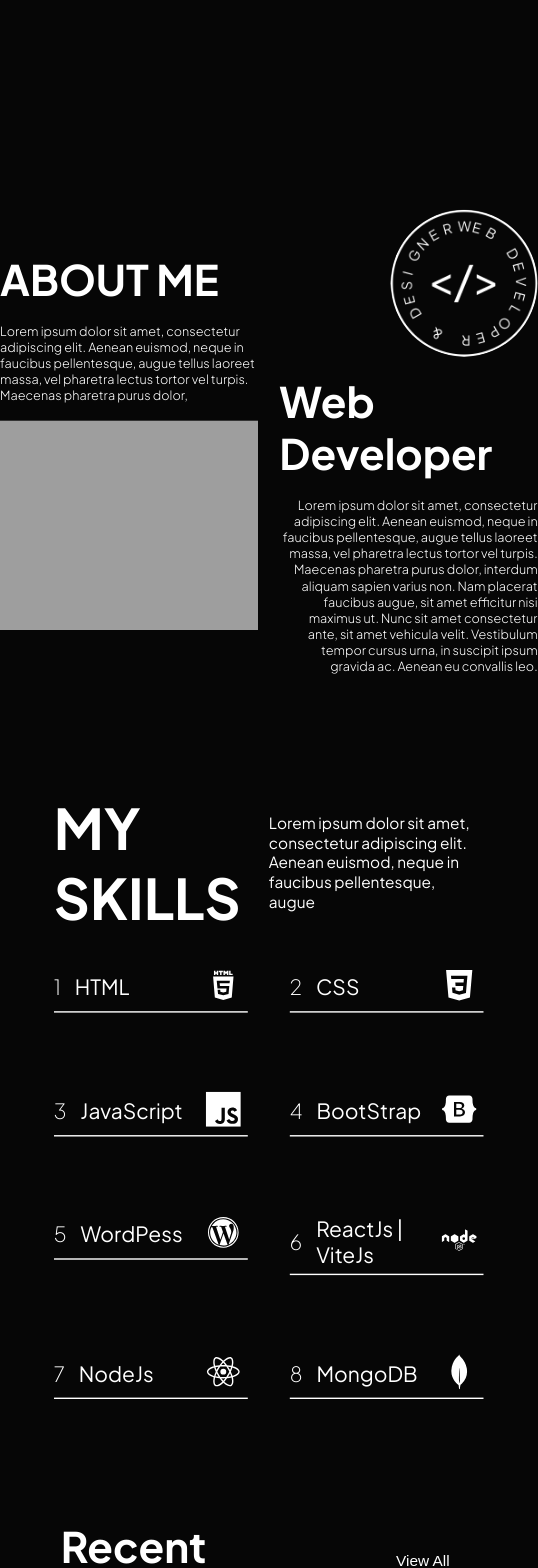
Repository: AliHassan02-Dev/PORTFOLIO
Page: / (app in Front-end/)
These files come from the project's save history. The page is drawn as it stood at one moment and after the next save; the edit follows.
The browser window is 768 px wide. The pictures show the part of the page from y = 962 to 3202 px (the page is 4093 px tall before and 4042 px after), at 70% of full size.
Pictures or frames that could not be fetched are drawn as grey boxes. The project was rebuilt for these pictures with package versions that can differ from the ones it lists, and the page was loaded fresh each time. Also part of the build but not shown: Front-end/vite.config.js, Front-end/src/Pages/Projects.jsx, Front-end/src/Pages/AllProjects.jsx, Front-end/src/Components/ProjectPreview.jsx.

Above is the page before, as saved 2024-08-24 07:27:14.

### Front-end/src/main.jsx
import React from 'react'
import ReactDOM from 'react-dom/client'
import App from './App.jsx'
import './App.css'
import { BrowserRouter, Route, Routes } from 'react-router-dom'
import AllProjects from './Pages/AllProjects.jsx'
import ProjectPreview from './Components/ProjectPreview.jsx'

ReactDOM.createRoot(document.getElementById('root')).render(
  <>
    <BrowserRouter>
      <Routes>
        <Route path='/' element={<App />} />
        <Route path='/Projects' element={<AllProjects />} />
        <Route path='/projects/projectPreview' element={<ProjectPreview />} />
      </Routes>
    </BrowserRouter>
  </>
)

### Front-end/src/App.jsx
import React, { useRef, useState } from "react";

import gsap from "gsap";
import { ScrollTrigger } from "gsap/ScrollTrigger";
import Home from "./Pages/Home";
import About from "./Pages/About";
import Skills from "./Pages/Skills";
import Projects from "./Pages/Projects";
import Footer from "./Components/Footer";
import Navbar from "./Components/Navbar";
import { Link } from "react-router-dom";
import ProjectsBox from "./Components/ProjectsBox";
gsap.registerPlugin(ScrollTrigger);

const App = () => {
  const [clickedOnOpen, setClickedOnOpen] = useState(false);
  console.log(clickedOnOpen);

  const tlMenu = gsap.timeline();
  if (clickedOnOpen === true) {
    tlMenu.to(".menu", {
      transform: "translateY(0%)",
      opacity: 1,
      duration: 1,
      ease: "bounce.out",
    });
  }
  if (clickedOnOpen === false) {
    tlMenu.to(".menu", {
      transform: "translateY(-100%)",
      opacity: 0,
      duration: 1,
      ease: "bounce.out",
    });
  }

  return (
    <div className="mainWrapper">
      <div className="menu">
        <div className="links">
          <a href="">Home</a>
          <a href="">About</a>
          <a href="">Skills</a>
          <a href="">Projects</a>
          <a href="" id="cv">
            Download CV
          </a>
        </div>
      </div>

      <Navbar
        clickedOnOpen={clickedOnOpen}
        setClickedOnOpen={setClickedOnOpen}
      />

      {/* HOME SECTION */}
      <Home />

      {/* ABOUT SECTION */}
      <About />

      {/* SKILLS SECTION */}
      <Skills />

      {/* PROJECTS SECTION */}
      <div className="projectsContainer">
        <div className="topBar">
          <div className="left">
            <h2>Recent Projects</h2>
          </div>
          <div className="right">
            <button>
              <Link to={"/projects"}>View All Projects</Link>
            </button>
          </div>
        </div>

        {<ProjectsBox />}
      </div>

      {/* FOOTER SECTION */}
      <Footer />
    </div>
  );
};

export default App;

### Front-end/src/App.css
@import url("https://fonts.googleapis.com/css2?family=Plus+Jakarta+Sans:ital,wght@0,200..800;1,200..800&display=swap");
* {
  margin: 0;
  padding: 0;
  box-sizing: border-box;
}

body {
  width: 100%;
  height: 100%;
  background-color: #060606;
  color: white;
  font-family: "Plus Jakarta Sans", sans-serif;
}

.mainWrapper {
  width: 100%;
  height: 100%;
  position: relative;
  overflow: hidden;
}

/* HOME CONTAINER CSS */
.homeContainer {
  width: 100vw;
  height: 1000px;
  display: flex;
  flex-direction: column;
}

/* NAVBAR CSS */
/* MENU CSS */
.menu {
  width: 100%;
  height: 1000px;
  position: fixed;
  background-color: #060606;
  transform: translateY(-100%);
  z-index: 20;
  display: flex;
  justify-content: center;
  align-items: center;
  opacity: 0;
}

.menu .links {
  width: 100%;
  display: flex;
  justify-content: center;
  align-items: center;
  flex-direction: column;
  height: 100%;
  gap: 40px;
}

.menu .links a {
  color: white;
  font-size: 40px;
  font-weight: 400;
  text-decoration: none;
  position: relative;
  padding-bottom: 10px;
}
.menu .links a::before {
  content: "";
  position: absolute;
  width: 0%;
  height: 2px;
  background-color: white;
  bottom: 0;
  left: 50%;
  transform: translateX(-50%);
  transition: all 0.3s ease-out;
}
.menu .links a:hover::before {
  width: 100%;
}

.navBar {
  margin: 30px auto;
  width: 80%;
  display: flex;
  justify-content: space-between;
  align-items: center;
  padding: 0px 20px;
  position: relative;
  /* left: 50%;
  transform: translateX(-50%); */
  z-index: 25;
}

.navBar a {
  text-decoration: none;
  font-size: 25px;
  font-weight: 600;
  color: white;
}

.navBar .menuBtn,
.navBar .menuBtn-active {
  width: 30px;
  height: 30px;
  display: flex;
  justify-content: center;
  align-items: flex-end;
  flex-direction: column;
  overflow: hidden;
  cursor: pointer;
  transition: all 0.3s ease-in-out;
  opacity: 1 !important;
}
.navBar .menuBtn span,
.navBar .menuBtn-active span {
  width: 100%;
  height: 3px;
  background-color: white;
  border-radius: 20px;
  cursor: pointer;
  transition: all 0.3s ease-in-out;
  opacity: 1 !important;
}
.navBar .menuBtn #line1 {
  transform: translateY(-8px);
}
.navBar .menuBtn #line2 {
  width: 70%;
}
.navBar .menuBtn #line3 {
  width: 40%;
  transform: translateY(8px);
}
/* ACTIVE CLASSES */
.navBar .menuBtn-active {
  width: 30px;
  height: 30px;
  transition: all 0.3s ease-in-out;
}

.navBar .menuBtn-active #line1 {
  transform: translateY(5px) rotate(45deg) !important;
}
.navBar .menuBtn-active #line2 {
  width: 70%;
  transform: translateX(150%) !important;
}
.navBar .menuBtn-active #line3 {
  width: 100%;
  transform: translateY(-1px) rotate(-45deg) !important;
}

/* HERO SECTION CSS */
.homeContainer .heroContainer {
  width: 100%;
  height: 100%;
  display: flex;
  flex-direction: column;
  justify-content: center;
  align-items: center;
  position: relative;
}

.homeContainer .heroContainer h2 {
  font-size: 180px;
  font-weight: bold;
  position: absolute;
  text-wrap: nowrap;
}
.homeContainer .heroContainer .nonStroke {
  z-index: 5;
}
.homeContainer .heroContainer .strokeText1,
.homeContainer .heroContainer .strokeText2 {
  -webkit-text-stroke: 2px #fff;
  -webkit-text-fill-color: #060606;
  opacity: 0;
}
.homeContainer .heroContainer .strokeText1 {
  transform: translateY(0%);
}
.homeContainer .heroContainer .strokeText2 {
  transform: translateY(0%);
}

/* HERO SECTION RESPONSIVE CSS */

@media (max-width: 1200px) {
  .homeContainer .heroContainer h2 {
    font-size: 110px;
  }
}

@media (max-width: 967px) {
  .homeContainer .heroContainer h2 {
    font-size: 80px;
  }
}

@media (max-width: 767px) {
  .homeContainer .heroContainer h2 {
    font-size: 70px;
  }
}

@media (max-width: 567px) {
  .homeContainer .heroContainer h2 {
    font-size: 50px;
  }
}

/* HERO SECTION END */

/* ABOUT SECTION CSS */
.mainWrapper .aboutContainer {
  width: 80%;
  height: 1000px;
  display: flex;
  justify-content: center;
  align-items: center;
  margin: auto;
  gap: 30px;
}

.mainWrapper .aboutContainer .left,
.mainWrapper .aboutContainer .right {
  flex: 1;
  display: flex;
  flex-direction: column;
  gap: 25px;
  overflow: hidden;
}

.mainWrapper .aboutContainer .left h2 {
  color: white;
  font-size: 80px;
  font-weight: bold;
}

.mainWrapper .aboutContainer .left p {
  color: white;
  font-size: 22px;
  font-weight: 300;
}

.mainWrapper .aboutContainer .left .imageBox {
  width: 100%;
  height: 350px;
  background-image: url(./assets/2.jpg);
  background-position: center;
  background-repeat: no-repeat;
  background-size: cover;
  transform-origin: top;
}

.mainWrapper .aboutContainer .right {
  align-items: flex-end;
}

.mainWrapper .aboutContainer .right .circleImg {
  width: 300px;
  height: 300px;
  border-radius: 100%;
  background-image: url(./assets/circleText.png);
  background-position: center;
  background-repeat: no-repeat;
  background-size: cover;
}

.mainWrapper .aboutContainer .right h2 {
  color: white;
  font-size: 80px;
  font-weight: bold;
}

.mainWrapper .aboutContainer .right p {
  color: white;
  font-size: 22px;
  font-weight: 300;
  text-align: right;
}

/* ABOUT SECTION RESPONSIVE */

@media (max-width: 1200px) {
  .mainWrapper .aboutContainer {
    width: 90%;
    height: auto;
    margin: 100px auto;
  }

  .mainWrapper .aboutContainer .left h2 {
    font-size: 60px;
  }

  .mainWrapper .aboutContainer .left p {
    font-size: 18px;
  }

  .mainWrapper .aboutContainer .left .imageBox {
    height: 300px;
  }

  .mainWrapper .aboutContainer .right .circleImg {
    width: 210px;
    height: 210px;
  }

  .mainWrapper .aboutContainer .right h2 {
    font-size: 60px;
  }

  .mainWrapper .aboutContainer .right p {
    font-size: 18px;
  }
}

@media (max-width: 768px) {
  .mainWrapper .aboutContainer {
    width: 100%;
    height: 1000px;
    display: flex;
    justify-content: center;
    align-items: center;
    margin: auto;
    gap: 30px;
  }
}

/* ABOUT SECTION CSS END */

/* SKILLS SECTION CSS */
.mainWrapper .skillsContainer {
  width: 80%;
  height: 1000px;
  display: flex;
  justify-content: center;
  flex-direction: column;
  margin: auto;
  gap: 30px;
  overflow: hidden;
}

.mainWrapper .skillsContainer .top {
  width: 100%;
  display: flex;
  justify-content: space-between;
  align-items: center;
}

.mainWrapper .skillsContainer .top .left,
.mainWrapper .skillsContainer .top .right {
  flex: 1;
}

.mainWrapper .skillsContainer .top .left h2 {
  font-size: 80px;
  font-weight: bold;
  color: white;
}
.mainWrapper .skillsContainer .top .right p {
  font-size: 22px;
}

.mainWrapper .skillsContainer .bottom {
  width: 100%;
  display: flex;
  justify-content: space-between;
  align-items: flex-start;
  margin: 20px 0px;
}

.mainWrapper .skillsContainer .bottom {
  width: 100%;
  height: 100%;
  display: grid;
  grid-template-columns: 1fr 1fr;
  grid-template-rows: auto auto auto auto;
  gap: 0px 60px;
}
.mainWrapper .skillsContainer .bottom .skillBar {
  width: 100%;
  display: flex;
  justify-content: space-between;
  align-items: center;
  padding-bottom: 10px;
  position: relative;
  cursor: pointer;
}
.mainWrapper .skillsContainer .bottom .skillBar .left {
  display: flex;
  align-items: center;
  gap: 20px;
}

.mainWrapper .skillsContainer .bottom .skillBar .left p {
  color: white;
  font-size: 30px;
  font-weight: 200;
}
.mainWrapper .skillsContainer .bottom .skillBar .left h2 {
  color: white;
  font-size: 30px;
  font-weight: 400;
}

.mainWrapper .skillsContainer .bottom .skillBar .right .skillLogo {
  font-size: 50px;
  color: white;
  margin-right: 10px;
}

/* PROJECTS SECTION CSS */
.mainWrapper .projectContainer {
  width: 80%;
  height: 1000px;
  display: flex;
  justify-content: center;
  flex-direction: column;
  margin: auto;
  gap: 30px;
}

.mainWrapper .projectContainer .top {
  width: 100%;
  display: flex;
  justify-content: space-between;
  align-items: center;
}

.mainWrapper .projectContainer .top .left,
.mainWrapper .projectContainer .top .right {
  flex: 1;
}

.mainWrapper .projectContainer .top .left h2 {
  font-size: 80px;
  font-weight: bold;
  color: white;
}
.mainWrapper .projectContainer .top .right p {
  font-size: 22px;
}

.mainWrapper .projectContainer .bottom {
  width: 100%;
  display: flex;
  margin-top: 50px;
}

.mainWrapper .projectContainer .bottom {
  display: flex;
  flex-direction: column;
  overflow: hidden;
  gap: 100px;
}

.mainWrapper .projectContainer .bottom .projectBar {
  display: flex;
  justify-content: space-between;
  align-items: center;
  padding-bottom: 5px;
  position: relative;
  cursor: pointer;
  cursor: pointer;
}
.line {
  width: 100%;
  height: 2px;
  background-color: white;
  position: absolute;
  bottom: 0;
  left: 0;
}
.projectLine {
  width: 100%;
  height: 2px;
  background-color: white;
  position: absolute;
  bottom: 0;
  left: 0;
}
.mainWrapper .projectContainer .bottom .projectBar .left {
  display: flex;
  align-items: center;
  gap: 20px;
}

.mainWrapper .projectContainer .bottom .projectBar .left p {
  color: white;
  font-size: 30px;
  font-weight: 200;
}
.mainWrapper .projectContainer .bottom .projectBar .left h2 {
  color: white;
  font-size: 30px;
  font-weight: 400;
}

.mainWrapper .projectContainer .bottom .projectBar .right .arrow {
  font-size: 30px;
  color: white;
  margin-right: 10px;
  transform: rotate(-40deg);
}

/* HORIZONTAL SCROLING CSS */

.aboutSection,
.skillsSection,
.projectSection {
  width: 100vw;
  height: 1000px;
}

.aboutSection {
  background-color: burlywood;
}

.skillsSection {
  background-color: peru;
}

.projectSection {
  background-color: palegoldenrod;
}

.horizontalScrolling {
  display: flex;
  flex-wrap: nowrap;
}

/* .containers {
  position: absolute;
  top: 0 !important;
  left: 50% !important;
  transform: translateX(100%) !important;
} */

/* RIBBONS SECTION CSS */
.mainWrapper .ribbonContainer {
  width: 100%;
  display: flex;
  align-items: center;
  margin: 50px 0px;
}

.mainWrapper .ribbonContainer p {
  color: white;
  font-size: 80px;
  font-weight: bold;
  text-wrap: nowrap;
}
.mainWrapper .ribbonContainer span {
  -webkit-text-stroke: 1px #fff;
  -webkit-text-fill-color: #060606;
}

/* FOOTER SECTION CSS */
.footer {
  width: 100%;
  display: flex;
  justify-content: space-between;
  align-items: center;
  width: 80%;
  margin: 40px auto;
}

.footer .left {
  display: flex;
  flex-direction: column;
  gap: 20px;
}

.footer .left .socialLinks {
  display: flex;
  align-items: center;
  gap: 20px;
}
.footer .left .socialLinks a {
  font-size: 20px;
  font-weight: 400;
  color: white;
  text-decoration: none;
}
.footer .left p {
  color: white;
  font-size: 18px;
  font-weight: 200;
}

.footer .right h2 {
  font-size: 40px;
  font-weight: 600;
  color: white;
  cursor: pointer;
}

/* ALL PROJECTS PAGE CSS */
.projectsContainer {
  width: 80%;
  height: 100%;
  margin: auto;
  padding: 40px 10px;
}

.projectsContainer .topBar {
  width: 100%;
  display: flex;
  justify-content: space-between;
  align-items: center;
}

.projectsContainer .topBar .left h2 {
  font-size: 60px;
  font-weight: bold;
  color: white;
}

.projectsContainer .topBar .right button {
  background: none;
  border: none;
  outline: none;
  position: relative;
  overflow: hidden;
}

.projectsContainer .topBar .right button a {
  color: white;
  font-size: 22px;
  font-weight: 400;
  text-decoration: none;
  position: relative;
  display: block;
  padding-bottom: 5px;
  transition: 0.3s transform linear;
}
.projectsContainer .topBar .right button a::before {
  content: "";
  position: absolute;
  width: 100%;
  height: 2px;
  background-color: white;
  bottom: 0%;
  transform: translateX(200%);
  display: block;
  transition: 0.3s transform linear;
}
.projectsContainer .topBar .right button:hover a::before {
  transform: translateX(0%);
  transition: 0.3s transform linear;
}

.projectsContainer .hdg {
  font-size: 60px;
  font-weight: bold;
  color: white;
}

.projectsContainer .projectsWrapper {
  width: 100%;
  height: 100%;
  display: grid;
  grid-template-columns: 1fr 1fr 1fr;
  gap: 25px;
  margin: 50px 0px;
}

.projectsContainer .projectsWrapper .projectBox {
  width: 100%;
  max-width: 520px;
  height: 520px;
  margin-bottom: 20px;
}

.projectsContainer .projectsWrapper .projectBox .thumbnail {
  width: 100%;
  height: 100%;
  position: relative;
  overflow: hidden;
}

.projectsContainer .projectsWrapper .projectBox .thumbnail img {
  width: 100%;
  height: 100%;
  object-fit: cover;
  border-radius: 10px;
}

.projectsContainer .projectsWrapper .projectBox .thumbnail .overlay {
  width: 100%;
  height: 100%;
  display: flex;
  justify-content: center;
  align-items: center;
  gap: 40px;
  background-color: rgba(0, 0, 0, 0.6);
  position: absolute;
  top: -100%;
  transition: all 0.3s ease-in-out;
  border-radius: 10px;
}
.projectsContainer .projectsWrapper .projectBox .thumbnail:hover .overlay {
  top: 0;
}

.projectsContainer .projectsWrapper .projectBox .thumbnail .overlay .iconBox {
  display: flex;
  justify-content: center;
  align-items: center;
  padding: 15px;
  border-radius: 100%;
  cursor: pointer;
  transition: all 0.3s ease-in-out;
}
.projectsContainer
  .projectsWrapper
  .projectBox
  .thumbnail
  .overlay
  .iconBox:hover {
  background-color: rgba(255, 255, 255, 0.25);
  backdrop-filter: blur(20px);
}

.projectsContainer .projectsWrapper .projectBox .thumbnail .overlay .linkIcon {
  font-size: 25px;
  color: white;
}

/* PROJECT DETAILS CSS */
.projectDetails {
  width: 80%;
  height: 100%;
  display: flex;
  justify-content: space-between;
  margin: 40px auto;
  gap: 40px;
}

.projectDetails .left {
  flex: 2;
}

.projectDetails .left img {
  width: 100%;
}

.projectDetails .right {
  flex: 1;
  display: flex;
  flex-direction: column;
  gap: 40px;
  margin: 20px 0px;
}

.projectDetails .right .projectContent {
  width: 100%;
  padding: 20px;
  display: flex;
  flex-direction: column;
  gap: 20px;
  border-bottom: 1px solid rgba(255, 255, 255, 0.45);
}

.projectDetails .right .projectContent h2 {
  color: white;
  font-size: 25px;
  font-weight: 600;
}

.projectDetails .right .projectContent p {
  color: white;
  font-size: 20px;
  font-weight: 400;
}

.projectDetails .right .projectTechnology {
  border-bottom: 1px solid rgba(255, 255, 255, 0.45);
  width: 100%;
  padding: 20px;
  display: flex;
  justify-content: center;
  flex-direction: column;
  gap: 20px;
}

.projectDetails .right .projectTechnology h2 {
  color: white;
  font-size: 24px;
  font-weight: 600;
}

.projectDetails .right .projectTechnology .icons {
  display: flex;
  align-items: center;
  gap: 40px;
  flex-wrap: wrap;
}

.projectDetails .right .projectTechnology .techName {
  color: white;
  font-size: 60px;
  cursor: pointer;
  padding: 8px;
  transition: 0.3s ease-in-out;
}

.techName {
  color: white;
  font-size: 40px;
  cursor: pointer;
  padding: 8px;
  transition: 0.3s ease-in-out;
}

/* SKILL LOGOS COLOR */
.projectDetails .right .projectTechnology .techName:hover.html {
  background-color: #f16529;
  padding: 8px;
  border-radius: 5px;
}
.projectDetails .right .projectTechnology .techName:hover.css {
  background-color: #264de4;
  padding: 8px;
  border-radius: 5px;
}
.projectDetails .right .projectTechnology .techName:hover.js {
  color: #f7e018 !important;
  padding: 8px;
}
.projectDetails .right .projectTechnology .techName:hover.react {
  background-color: #61dbfb;
  padding: 8px;
  border-radius: 5px;
}
.projectDetails .right .projectTechnology .techName:hover.wordpress {
  background-color: #21759b;
  padding: 8px;
  border-radius: 5px;
}
.projectDetails .right .projectTechnology .techName:hover.node,
.projectDetails .right .projectTechnology .techName:hover.mongodb {
  background-color: #539e43;
  padding: 8px;
  border-radius: 5px;
}
.projectDetails .right .projectTechnology .techName:hover.vite {
  background: linear-gradient(
    90deg,
    rgba(88, 194, 254, 1) 0%,
    rgba(175, 83, 255, 1) 100%
  );
  padding: 8px;
  border-radius: 5px;
}

.techName:hover.figma {
  background: linear-gradient(
    180deg,
    rgba(242, 78, 30, 1) 0%,
    rgba(255, 114, 98, 1) 25%,
    rgba(162, 89, 255, 1) 50%,
    rgba(26, 188, 254, 1) 75%,
    rgba(10, 207, 131, 1) 100%
  );
  padding: 8px;
  border-radius: 5px;
}
.techName:hover.website {
  background: gray;
  padding: 8px;
  border-radius: 5px;
}

.projectDetails .right .links {
  border-bottom: 1px solid rgba(255, 255, 255, 0.45);
  width: 100%;
  padding: 20px;
  display: flex;
  flex-direction: column;
  justify-content: center;
  gap: 20px;
}

.projectDetails .right .links h2 {
  color: white;
  font-size: 24px;
  font-weight: 600;
}

.projectDetails .right .links .icons {
  display: flex;
  align-items: center;
  flex-direction: row;
  gap: 20px;
}

.projectDetails .right .links .linkIcon {
  color: white;
  font-size: 50px;
  padding: 10px;
  border-radius: 100%;
  cursor: pointer;
  transition: 0.3s ease-in-out;
}
.projectDetails .right .links .linkIcon:hover {
  background-color: rgba(255, 255, 255, 0.25);
  backdrop-filter: blur(20px);
}

### Front-end/src/Pages/Home.jsx
import React from 'react'
import { useGSAP } from '@gsap/react';
import gsap from 'gsap';
import { ScrollTrigger } from 'gsap/ScrollTrigger';
import Navbar from '../Components/Navbar';
gsap.registerPlugin(ScrollTrigger);

const Home = () => {

    // useGSAP(() => {
    //     // HOME SECTION ANIMATIONS

    //     let tlHome = gsap.timeline({
    //         scrollTrigger: {
    //             trigger: '.homeContainer',
    //             scoller: 'body',
    //             markers: true,
    //             start: 'top 0%',
    //             end: 'top -100%',
    //             scrub: 1,
    //             pin: true,
    //         }
    //     })

    //     tlHome.from('.homeContainer .heroContainer .nonStroke', {
    //         opacity: 0,
    //         duration: 1,
    //     })
    //     tlHome.to('.homeContainer .heroContainer .strokeText1', {
    //         transform: 'translateY(-80%)',
    //         opacity: 1,
    //         duration: 1,
    //     })
    //     tlHome.to('.homeContainer .heroContainer .strokeText2', {
    //         transform: 'translateY(80%)',
    //         opacity: 1,
    //         duration: 1,
    //     })
    // })

    return (
        <div className='homeContainer'>
            {/* <Navbar /> */}
            <div className="heroContainer">
                <h2 className='strokeText1'>WEB DEVELOPER</h2>
                <h2 className='nonStroke'>ALI HASSAN</h2>
                <h2 className='strokeText2'>WEB DESIGNER</h2>
            </div>
        </div>
    )
}

export default Home

### Front-end/src/Components/Footer.jsx
import React from "react";

const Footer = () => {
  return (
    <div className="footer">
      <div className="left">
        <p>All Rights Reserved By AHS 2024</p>
      </div>
      <div className="right">
        <h2>LET'S TALK</h2>
      </div>
    </div>
  );
};

export default Footer;

### Front-end/src/Components/Navbar.jsx
import React, { useEffect, useState } from 'react'
import { useGSAP } from '@gsap/react';
import gsap from 'gsap';
import { ScrollTrigger } from 'gsap/ScrollTrigger';
gsap.registerPlugin(ScrollTrigger)

const Navbar = ({ setClickedOnOpen, clickedOnOpen }) => {

    const handleClick = () => {
        setClickedOnOpen(!clickedOnOpen)
    }
    // useGSAP(() => {
    //     gsap.from('.navBar a', {
    //         transform: 'translateY(-10px)',
    //         opacity: 0,
    //         duration: 0.5,
    //         delay: 0.5
    //     })
    //     gsap.from('.navBar .menuBtn, .navBar .menuBtn-active', {
    //         transform: 'translateY(-10px)',
    //         opacity: 0,
    //         duration: 0.5,
    //         delay: 0.8
    //     })
    //     gsap.from('.navBar .menuBtn span, .navBar .menuBtn-active span', {
    //         transform: 'translateX(200px)',
    //         opacity: 0,
    //         duration: 0.5,
    //         delay: 1,
    //         stagger: 0.3
    //     })
    // })
    return (
        <div className='navBar'>
            {/* <div className="left"> */}
            <a href="">PORTFOLIO</a>
            {/* </div> */}
            {/* <div className="right"> */}
            <div className={`${clickedOnOpen ? 'menuBtn-active' : 'menuBtn'}`} onClick={handleClick}>
                <span id='line1'></span>
                <span id='line2'></span>
                <span id='line3'></span>
                {/* </div> */}
            </div>
        </div>
    )
}

export default Navbar

### Front-end/src/Components/ProjectsBox.jsx
import React from "react";
import { GoLink } from "react-icons/go";
import { FaArrowUpRightFromSquare } from "react-icons/fa6";
import { projectsData } from "../data";
import { Link, useNavigate } from "react-router-dom";

const ProjectsBox = () => {
  const navigate = useNavigate();

  return (
    <div className="projectsWrapper">
      {projectsData?.map((projects) => {
        return (
          <div className="projectBox">
            <div className="thumbnail">
              <img src={projects?.thumbnail} alt="" />
              <div className="overlay">
                <div className="iconBox">
                  <Link target={"_blank"} to={projects?.websiteLink}>
                    <GoLink className="linkIcon" />
                  </Link>
                </div>
                <div
                  className="iconBox"
                  onClick={() =>
                    navigate("/projects/projectPreview", { state: projects })
                  }
                >
                  <FaArrowUpRightFromSquare className="linkIcon" />
                </div>
              </div>
            </div>
          </div>
        );
      })}
    </div>
  );
};
export default ProjectsBox;

Loaded but not shown: Front-end/index.html (common file); Front-end/src/data.js (59 lines, source omitted); Front-end/src/Pages/Skills.jsx (169 lines, source omitted); Front-end/src/Pages/About.jsx (80 lines, source omitted)

After the next save:
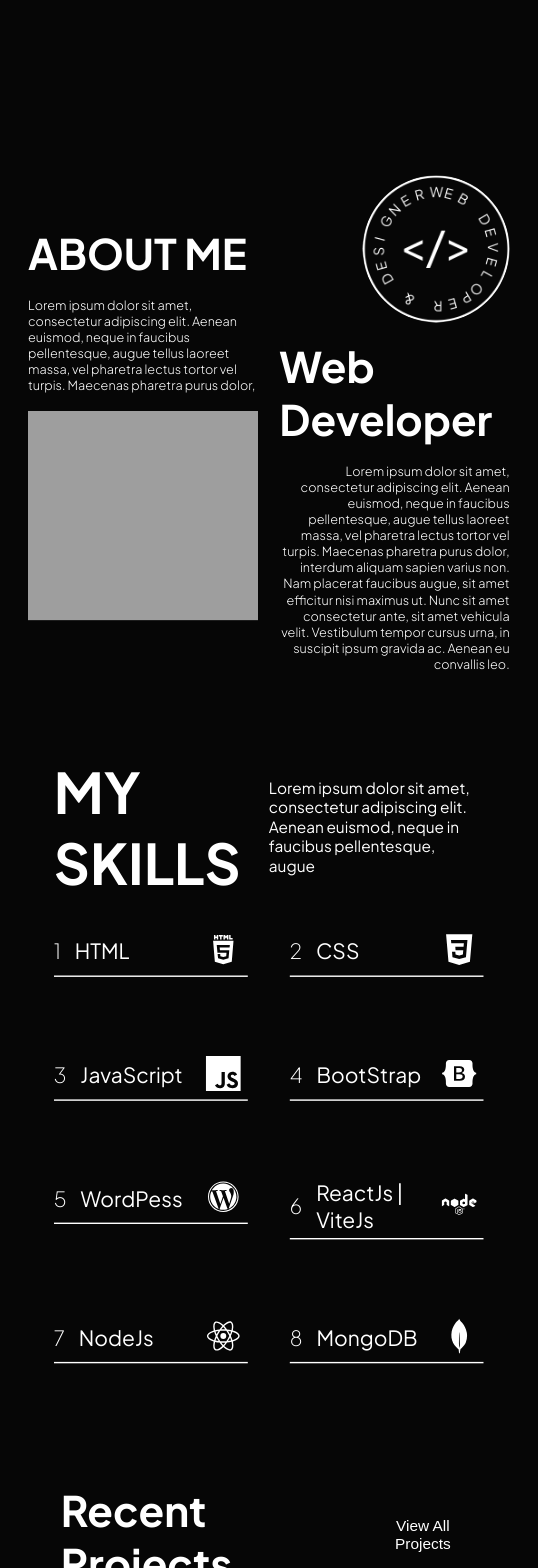
Saved 97 s later.
--- a/Front-end/src/App.css
+++ b/Front-end/src/App.css
@@ -316,12 +316,13 @@ body {
 @media (max-width: 768px) {
   .mainWrapper .aboutContainer {
     width: 100%;
-    height: 1000px;
+    height: 100%;
     display: flex;
     justify-content: center;
     align-items: center;
-    margin: auto;
+    margin: 100px auto;
     gap: 30px;
+    padding: 20px 40px;
   }
 }
 
